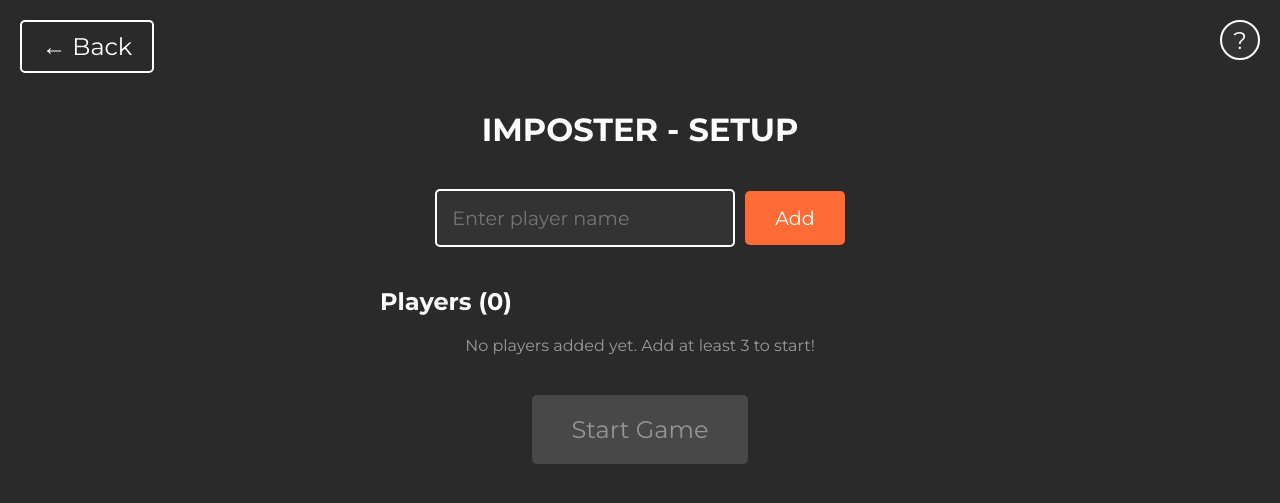
Repository: nfemmanuel/game-night-app
Page: /imposter-setup
The author's editor kept a copy of each file at every save. The page is drawn from the files as they stood at one save, then again after the next save.
The browser window is 1280 px wide. The pictures show the whole page.
The project was rebuilt for these pictures with package versions that can differ from the ones it lists, and the page was loaded fresh each time. Also part of the build but not shown: src/components/GameCard.module.css, src/components/GameCard.jsx, src/pages/LandingPage.jsx, src/data/wordList.js, src/pages/ImposterReveal.jsx, src/pages/ImposterVoting.jsx.

Above is the page before, as saved 2025-12-31 18:27:03.

After the next save:
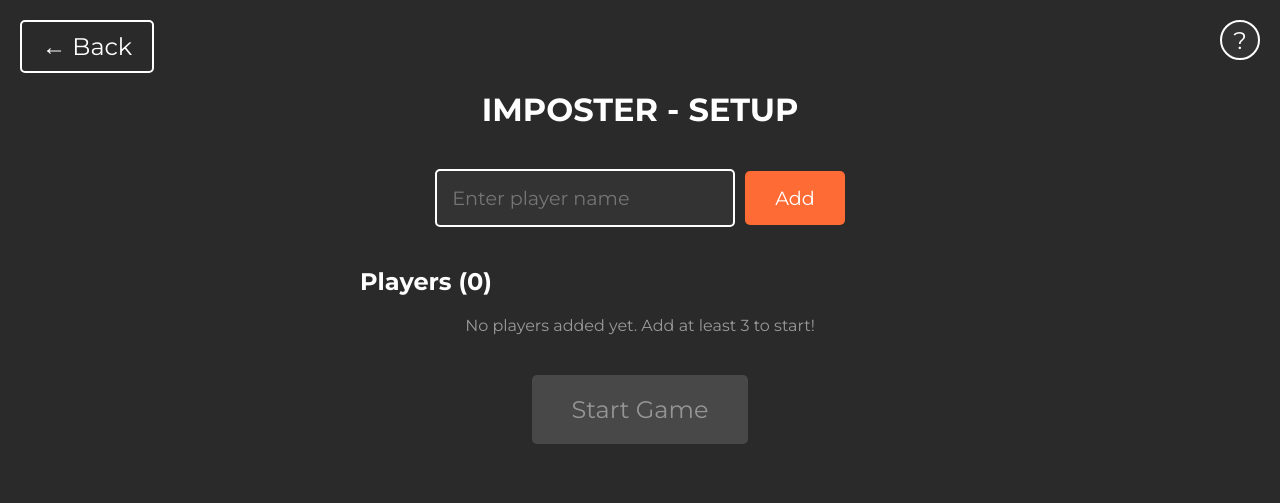
Saved 10 s later.
--- a/src/pages/ImposterSetup.jsx
+++ b/src/pages/ImposterSetup.jsx
@@ -53,7 +53,7 @@ function ImposterSetup() {
     };
 
     return (
-        <div style={{ padding: '40px', textAlign: 'center', maxWidth: '600px', margin: '0 auto' }}>
+        <div style={{ padding: '20px', textAlign: 'center', maxWidth: '600px', margin: '0 auto' }}>
             <BackButton to="/" />
             <HelpButton />
             <h1>IMPOSTER - SETUP</h1>
